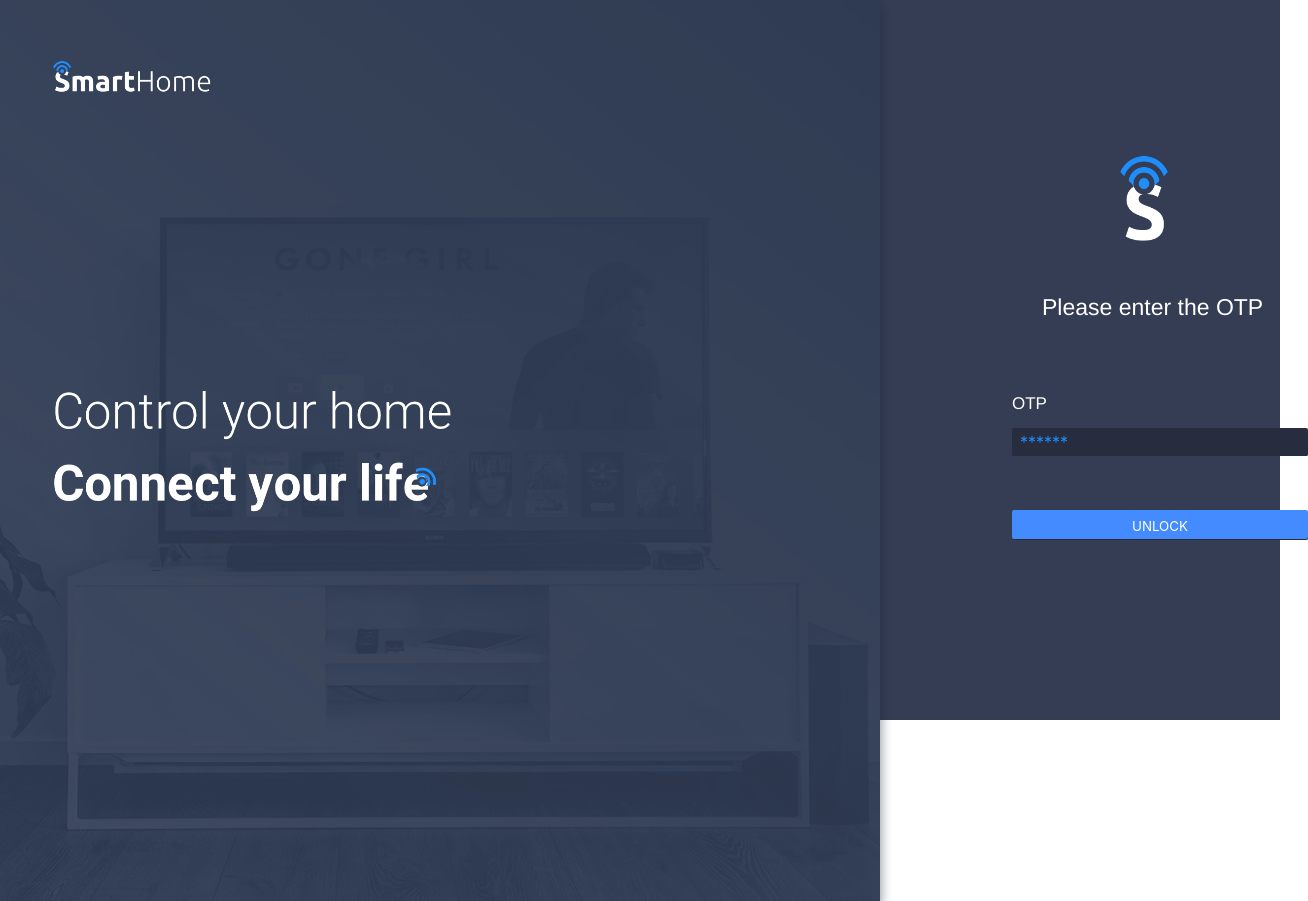
Repository: aba450/smart-door
Page: / (app in S3/smart-door-visitor/)
The author's editor kept a copy of each file at every save. The page is drawn from the files as they stood at one save, then again after the next save.
The browser window is 1280 px wide. The page is 1308 px wide, so the pictures cover 1308 px, including what lies to the right of the window. The pictures show the whole page.
The project was rebuilt for these pictures with package versions that can differ from the ones it lists, and the page was loaded fresh each time.

Above is the page before, as saved 2020-03-17 20:48:43.

### S3/smart-door-visitor/src/App.js
import React from 'react';
import './App.css';
import Camera_ON from './Camera_ON.jpg'
import SLogo from './SLogo.png'
import Left from './Left.png'

function App() {



  return (
    <div className="App">
    <img src={Left} className="Left-img"/>

      {/* <img src={Camera_ON} className="Camera-logo"/>  */}
      <img src={SLogo} className="S-logo"/>
      <label className="text-label">Please enter the OTP</label>
       <label className="otp-label">OTP</label>
        <input type="text" className="otp-input" placeholder="******"></input>
        <button className="unlock-button">UNLOCK</button>
    </div>
  );
}

export default App;

### S3/smart-door-visitor/src/App.css
.App {
  text-align: center;
  background-color: #343d54;
  min-height: 100vh;
  display: flex;
  flex-direction: column;
  font-size: calc(10px + 2vmin);
  color: white;
}

.Camera-logo {
  position: absolute;
  height: 100px;
  width: 100px;
  left: 53px;
  top: 241px;
}

.S-logo {
  position: absolute;
  height: 86px;
  width: 48px;
  left: 1120px;
  top: 155px;
}

.Left-img {
  position: absolute;
  top: 0px;
  left: 0px;
  height: 901px;
  width: 893px;
}

.text-label {
  position: absolute;
  font-family:Helvetica;
  font-size:23px;
  color:#ffffff;
  letter-spacing:0;
  text-align:left;
  left:1042px;
  top:294px;
}

.otp-label {
  position: absolute;
  font-family:Helvetica;
  font-size:17px;
  color:#ffffff;
  letter-spacing:0;
  text-align:left;
  left:1012px;
  top:394px;
}

.otp-input {
  color:#1f8efa;
  background-color: #272d3f;
  letter-spacing:0;
  text-align:left;
  position: absolute;
  left:1012px;
  top:428px;
}

::placeholder {
  color:#1f8efa;
}

.unlock-button {
  position: absolute;
  background-color: #438bff;
  left:1012px;
  top:510px;
}

input {
    -webkit-appearance: none;
    appearance: none;
    margin: auto;
    max-width: 280px;
    border-radius: 2px;
    border: 0;
    overflow: hidden;
    width: 100%;
    font-family:-apple-system, BlinkMacSystemFont, 'Segoe UI', Roboto, Oxygen, Ubuntu, Cantarell, 'Open Sans', 'Helvetica Neue', sans-serif;
    padding: 8px 8px 8px 8px;
    height: 12px;
    font-size: 16px;
    font-weight: 400;
    box-shadow: inset 0 -1px 0  #272d3f;
    transition: all .15s ease;
}

button {
  height: 30px;
  max-width: 296px;
  margin: auto;
  width: 100%;
  color: white;
  font-family:-apple-system, BlinkMacSystemFont, 'Segoe UI', Roboto, Oxygen, Ubuntu, Cantarell, 'Open Sans', 'Helvetica Neue', sans-serif;
  border-radius: 2px;
  border: 0;
  padding: 8px 8px 8px 8px;
  box-shadow: inset 0 -1px 0  #272d3f;
    transition: all .15s ease;
}

Loaded but not shown: S3/smart-door-visitor/public/index.html (common file); S3/smart-door-visitor/src/index.js (common file); S3/smart-door-visitor/src/index.css (common file); S3/smart-door-visitor/src/serviceWorker.js (common file)

After the next save:
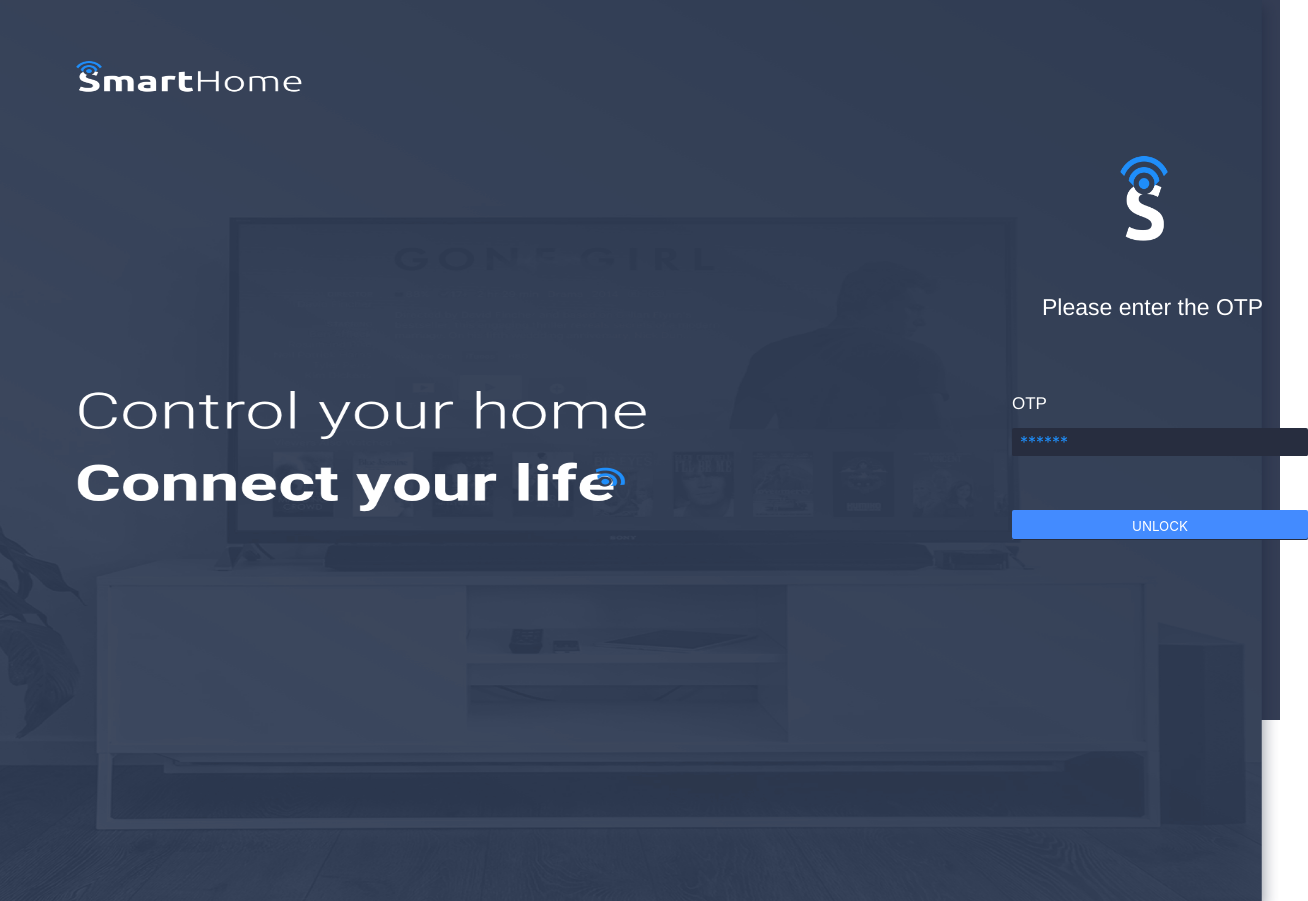
Saved 48 s later.
--- a/S3/smart-door-visitor/src/App.css
+++ b/S3/smart-door-visitor/src/App.css
@@ -29,7 +29,7 @@
   top: 0px;
   left: 0px;
   height: 901px;
-  width: 893px;
+  width: 100%;
 }
 
 .text-label {
